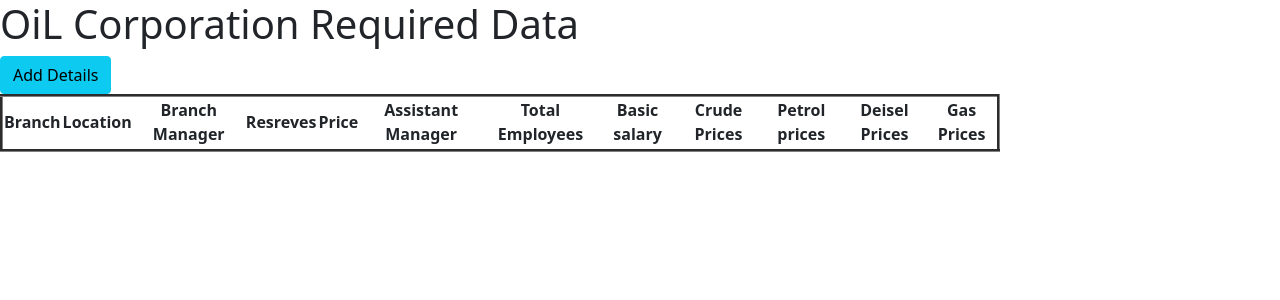
Repository: veerrajuMareddi/demo
Page: http://localhost/OilCorporation/views/unique.jsp
The author's editor kept a copy of each file at every save. The page is drawn from the files as they stood at one save, then again after the next save.
The browser window is 1280 px wide. The pictures show the whole page.
The page is served by Tomcat 9. Other server files are loaded and not shown. The template is opened directly, without the code that normally fills it, so the values that code supplies are empty.

Above is the page before, as saved 2022-05-03 13:32:19.

### OilCorporation/src/main/webapp/views/unique.jsp

<%@ page language="java" contentType="text/html; charset=ISO-8859-1"
pageEncoding="ISO-8859-1"%>
<%@ taglib uri="http://www.springframework.org/tags/form" prefix="form"%>
<%@taglib prefix="c" uri="http://java.sun.com/jsp/jstl/core"%>
<!DOCTYPE html>
<html>
<head>
<link
	href="https://cdn.jsdelivr.net/npm/bootstrap@5.1.3/dist/css/bootstrap.min.css"
	rel="stylesheet"
	integrity="sha384-1BmE4kWBq78iYhFldvKuhfTAU6auU8tT94WrHftjDbrCEXSU1oBoqyl2QvZ6jIW3"
	crossorigin="anonymous">
	<script
	src="https://cdn.jsdelivr.net/npm/bootstrap@5.1.3/dist/js/bootstrap.bundle.min.js"
	integrity="sha384-ka7Sk0Gln4gmtz2MlQnikT1wXgYsOg+OMhuP+IlRH9sENBO0LRn5q+8nbTov4+1p"
	crossorigin="anonymous"></script>
<meta charset="ISO-8859-1">
<title>BranvhDetails</title>
</head>
<body style="background-color: white;">
<style>
	form {
		width: 300px;
		margin: 0 auto;
	}
</style>
<h1>OiL Corporation Required Data</h1>
<a class="btn btn-info" href="/src/callsave">Add Details</a>

<br>
<table border="3" width=1000 style="text-align:center">

<tr>
<center>
<th>Branch</th>
<th>Location</th>
<th>Branch Manager</th>
<th>Resreves</th>
<th>Price</th>
<th>Assistant Manager</th>
<th>Total Employees</th>
<th>Basic salary</th>
<th>Crude Prices</th>
<th>Petrol prices</th>
<th>Deisel Prices</th>
<th>Gas Prices</th>
</center>

</tr>
<tr>
<center>
<td>${getId.corp.branch}</td>
<td>${getId.corp.location}</td>
<td>${getId.corp.branchManager}</td>
<td>${getId.corp.oilReserves}</td>
<td>${getId.corp.barrelPrice}</td>
<td>${getId.assistManager}</td>
<td>${getId.toatalEmployees}</td>
<td>${getId.salary}</td>
<td>${getId.corp.prices.crudePrice}</td>
<td>${getId.corp.prices.petrolPrice}</td>
<td>${getId.corp.prices.dieselPrice}</td>
<td>${getId.corp.prices.gasPrice}</td>

</center>
</tr>
</table>
</body>
</html>

After the next save:
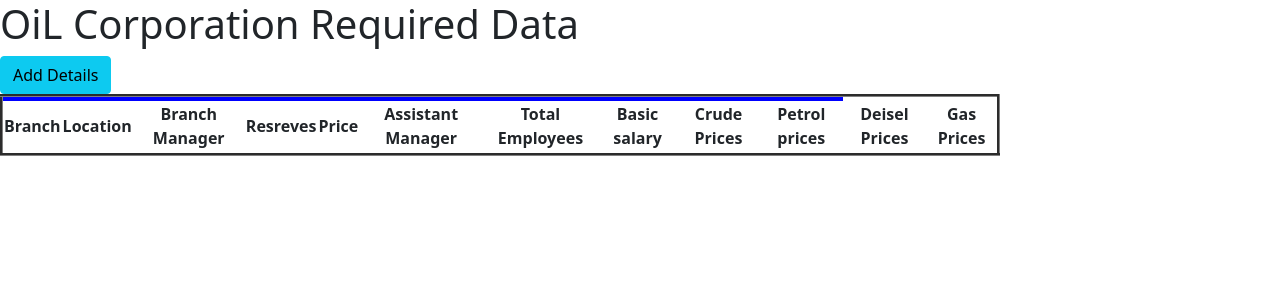
Saved 3 min 14 s later.
--- a/OilCorporation/src/main/webapp/views/unique.jsp
+++ b/OilCorporation/src/main/webapp/views/unique.jsp
@@ -30,6 +30,9 @@ pageEncoding="ISO-8859-1"%>
 
 <br>
 <table border="3" width=1000 style="text-align:center">
+ <TR>
+  <TD colspan="10" bgcolor="blue" height="5"></TD>
+  </TR>
 
 <tr>
 <center>
